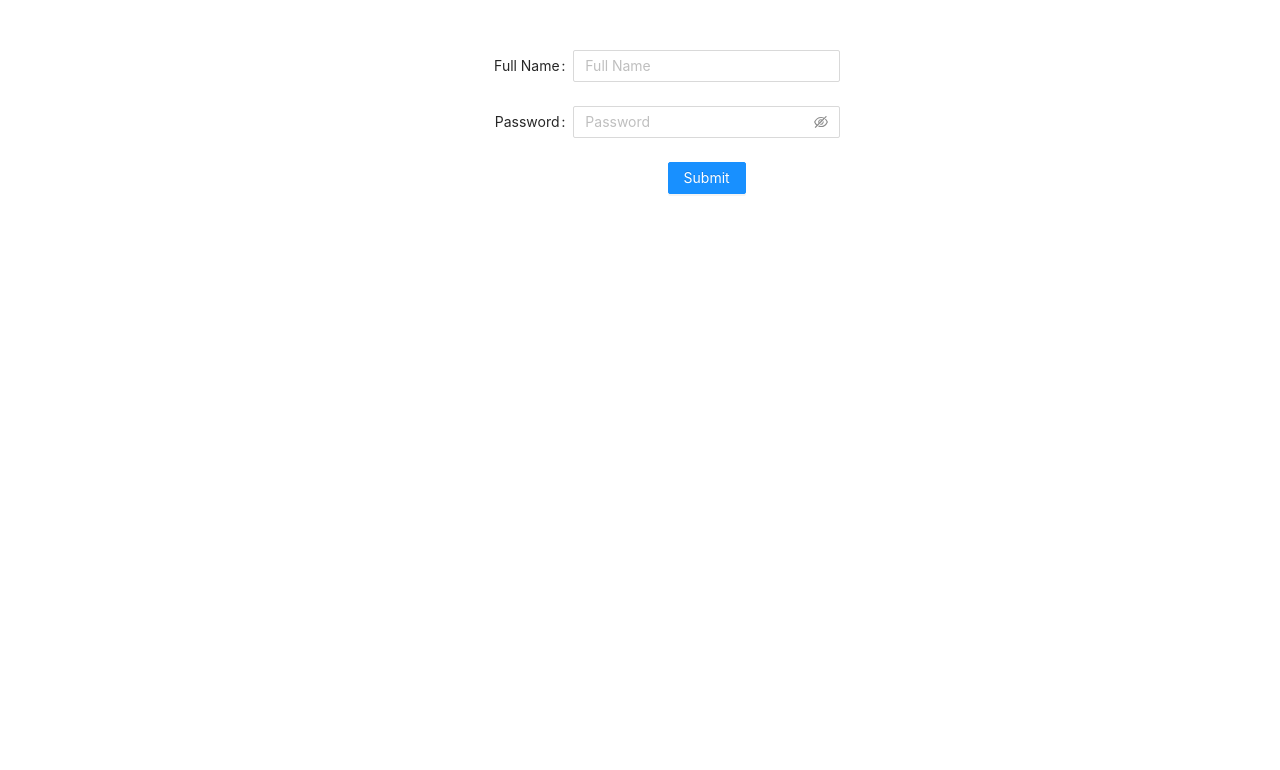
Repository: baodien1405/module-form
Page: /
The author's editor kept a copy of each file at every save. The page is drawn from the files as they stood at one save, then again after the next save.
The browser window is 1280 px wide. The pictures show the whole page.
The project was rebuilt for these pictures with package versions that can differ from the ones it lists, and the page was loaded fresh each time.

Above is the page before, as saved 2021-09-09 12:47:45.

### src/index.tsx
import React from 'react';
import ReactDOM from 'react-dom';
import "antd/dist/antd.css";
import './index.css';
import App from './App';
import { store } from './app/store';
import { Provider } from 'react-redux';
import * as serviceWorker from './serviceWorker';

ReactDOM.render(
  <React.StrictMode>
    <Provider store={store}>
      <App />
    </Provider>
  </React.StrictMode>,
  document.getElementById('root')
);

// If you want your app to work offline and load faster, you can change
// unregister() to register() below. Note this comes with some pitfalls.
// Learn more about service workers: https://bit.ly/CRA-PWA
serviceWorker.unregister();

### src/index.css
@import url("https://fonts.googleapis.com/css2?family=Poppins:ital,wght@0,100;0,200;0,800;0,900;1,100;1,200;1,800;1,900&display=swap");

body {
  margin: 0;
  font-family: -apple-system, BlinkMacSystemFont, "Poppins", "Roboto", "Oxygen",
    "Ubuntu", "Cantarell", "Fira Sans", "Droid Sans", "Helvetica Neue",
    sans-serif;
  -webkit-font-smoothing: antialiased;
  -moz-osx-font-smoothing: grayscale;
}

code {
  font-family: source-code-pro, Menlo, Monaco, Consolas, "Courier New",
    monospace;
}

### src/App.tsx
import React from "react";
import "./App.css";
import OnboardingForm from "./features/onboarding/component/OnboardingForm";

export interface Account {
  name: string;
  password: string;
}

function App() {
  const handleOnboardingFormSubmit = (formValues: Account) => {
    // do something here
    console.log("Form values: ", formValues);
  };
  return (
    <div className="App">
      <div className="container">
        <OnboardingForm onSubmit={handleOnboardingFormSubmit} />
      </div>
    </div>
  );
}

export default App;

### src/App.css
.App {
  text-align: center;
}

.App-logo {
  height: 40vmin;
  pointer-events: none;
}

@media (prefers-reduced-motion: no-preference) {
  .App-logo {
    animation: App-logo-float infinite 3s ease-in-out;
  }
}

.App-header {
  min-height: 100vh;
  display: flex;
  flex-direction: column;
  align-items: center;
  justify-content: center;
  font-size: calc(10px + 2vmin);
}

.App-link {
  color: rgb(112, 76, 182);
}

@keyframes App-logo-float {
  0% {
    transform: translateY(0);
  }
  50% {
    transform: translateY(10px);
  }
  100% {
    transform: translateY(0px);
  }
}

.container {
  width: 400px;
  margin: 50px auto;
}

### src/features/onboarding/component/OnboardingForm.tsx
import { yupResolver } from "@hookform/resolvers/yup";
import { Button, Form } from "antd";
import { InputField } from "components/FormFields/InputField";
import { PasswordField } from "components/FormFields/PasswordField";
import { useForm } from "react-hook-form";
import * as yup from "yup";

export interface Account {
  name: string;
  password: string;
}

export interface AccountFormProps {
  initialValues?: Account;
  onSubmit?: (formValues: Account) => void;
}

const schema = yup.object().shape({
  fullname: yup.string().required("Please enter full name"),
  password: yup.string().required("Please enter your password"),
});

export default function OnboardingForm({
  initialValues,
  onSubmit,
}: AccountFormProps) {
  const {
    control,
    handleSubmit,
    formState: { isSubmitting },
  } = useForm<Account>({
    defaultValues: initialValues,
    resolver: yupResolver(schema),
  });

  const handleFormSubmit = async (formValues: Account) => {
    try {
      await onSubmit?.(formValues);
      await new Promise((resolve) => {
        setTimeout(resolve, 3000);
      });
    } catch (error) {
      console.log("Failed to submit form value: ", error);
    }
  };

  return (
    <Form
      name="basic"
      onFinish={handleSubmit(handleFormSubmit)}
      labelCol={{ span: 8 }}
      wrapperCol={{ span: 16 }}
    >
      <InputField name="fullname" label="Full Name" control={control} />

      <PasswordField name="password" label="Password" control={control} />

      <Form.Item wrapperCol={{ offset: 8, span: 16 }}>
        <Button type="primary" htmlType="submit" loading={isSubmitting}>
          Submit
        </Button>
      </Form.Item>
    </Form>
  );
}

### src/components/FormFields/InputField.tsx
import { Form, Input } from "antd";
import React, { InputHTMLAttributes } from "react";
import { Control, useController } from "react-hook-form";

export interface InputFieldProps extends InputHTMLAttributes<HTMLInputElement> {
  name: string;
  control: Control<any>;
  label?: string;
}

export function InputField({ name, control, label }: InputFieldProps) {
  const {
    field: { onBlur, onChange, value, ref },
    fieldState: { invalid, error },
  } = useController({
    name,
    control,
  });
  return (
    <Form.Item
      label={label}
      name={name}
      rules={[{ required: invalid, message: error?.message }]}
    >
      <Input
        value={value}
        onChange={onChange}
        onBlur={onBlur}
        placeholder={label}
        ref={ref}
      />
    </Form.Item>
  );
}

### src/components/FormFields/PasswordField.tsx
import { Form, Input } from "antd";
import React, { InputHTMLAttributes } from "react";
import { Control, useController } from "react-hook-form";

export interface InputFieldProps extends InputHTMLAttributes<HTMLInputElement> {
  name: string;
  control: Control<any>;
  label?: string;
}

export function PasswordField({ name, control, label }: InputFieldProps) {
  const {
    field: { onBlur, onChange, value, ref },
    fieldState: { invalid, error },
  } = useController({
    name,
    control,
  });
  return (
    <Form.Item
      label={label}
      name={name}
      rules={[{ required: invalid, message: error?.message }]}
    >
      <Input.Password
        value={value}
        onChange={onChange}
        onBlur={onBlur}
        placeholder={label}
        ref={ref}
      />
    </Form.Item>
  );
}

Loaded but not shown: public/index.html (common file); src/app/store.ts (common file); src/serviceWorker.ts (common file); src/features/counter/counterSlice.ts (common file); src/features/counter/counterAPI.ts (common file)

After the next save:
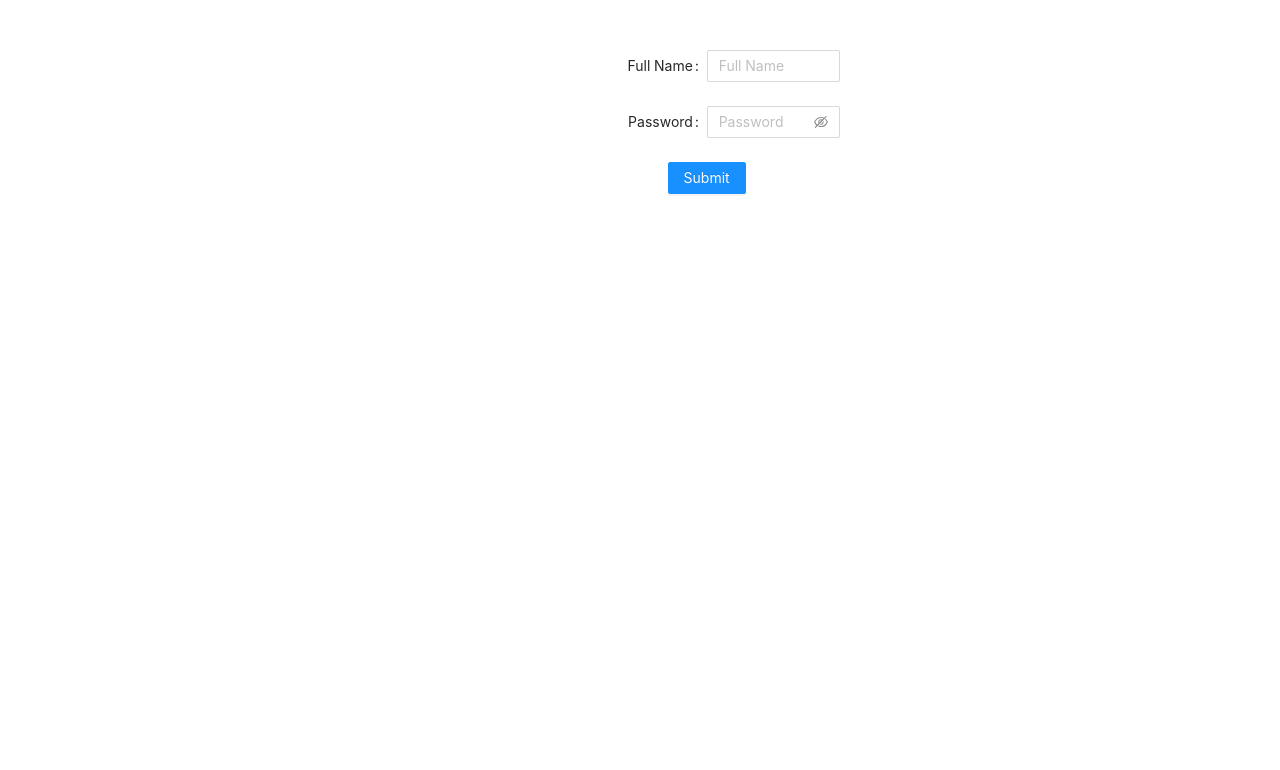
Saved 24 s later.
--- a/src/features/onboarding/component/OnboardingForm.tsx
+++ b/src/features/onboarding/component/OnboardingForm.tsx
@@ -46,9 +46,8 @@
 
   return (
     <Form
-      name="basic"
       onFinish={handleSubmit(handleFormSubmit)}
-      labelCol={{ span: 8 }}
+      labelCol={{ span: 16 }}
       wrapperCol={{ span: 16 }}
     >
       <InputField name="fullname" label="Full Name" control={control} />

After the save that followed:
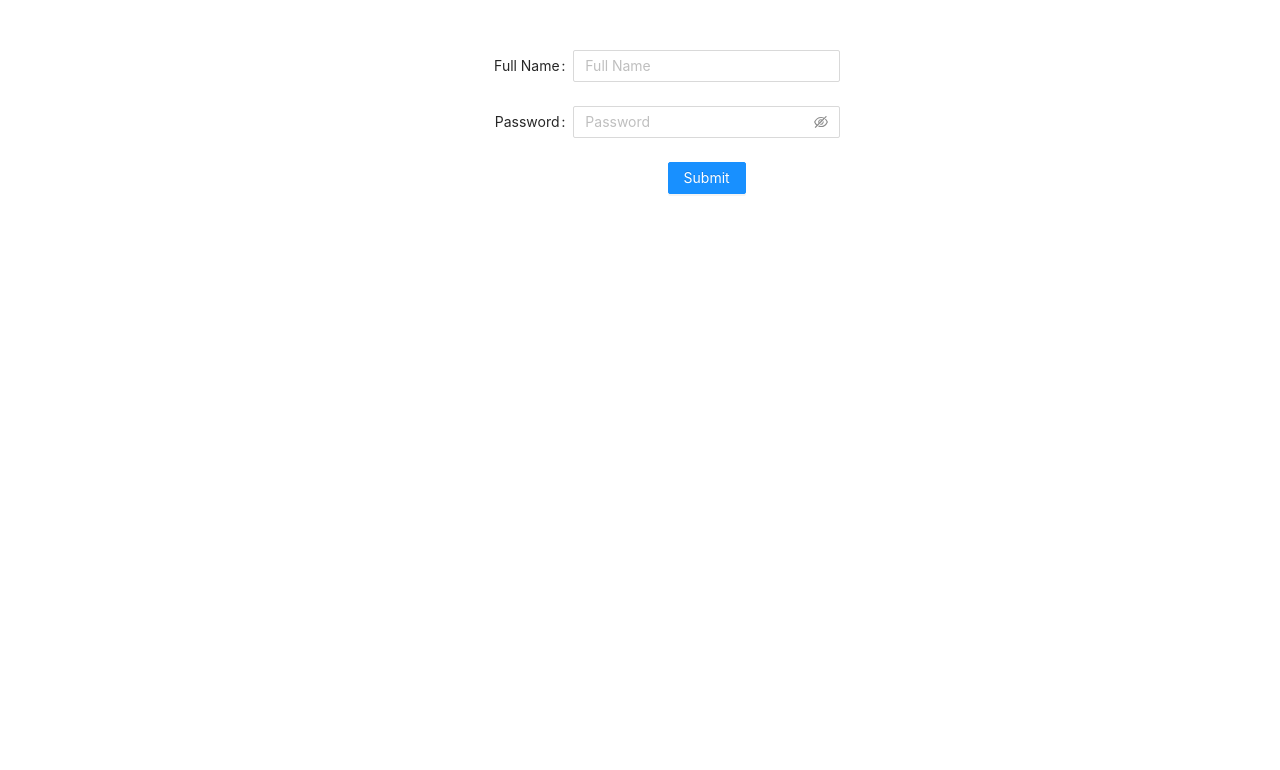
Saved 15 s later.
--- a/src/features/onboarding/component/OnboardingForm.tsx
+++ b/src/features/onboarding/component/OnboardingForm.tsx
@@ -47,7 +47,7 @@
   return (
     <Form
       onFinish={handleSubmit(handleFormSubmit)}
-      labelCol={{ span: 16 }}
+      labelCol={{ span: 8 }}
       wrapperCol={{ span: 16 }}
     >
       <InputField name="fullname" label="Full Name" control={control} />
